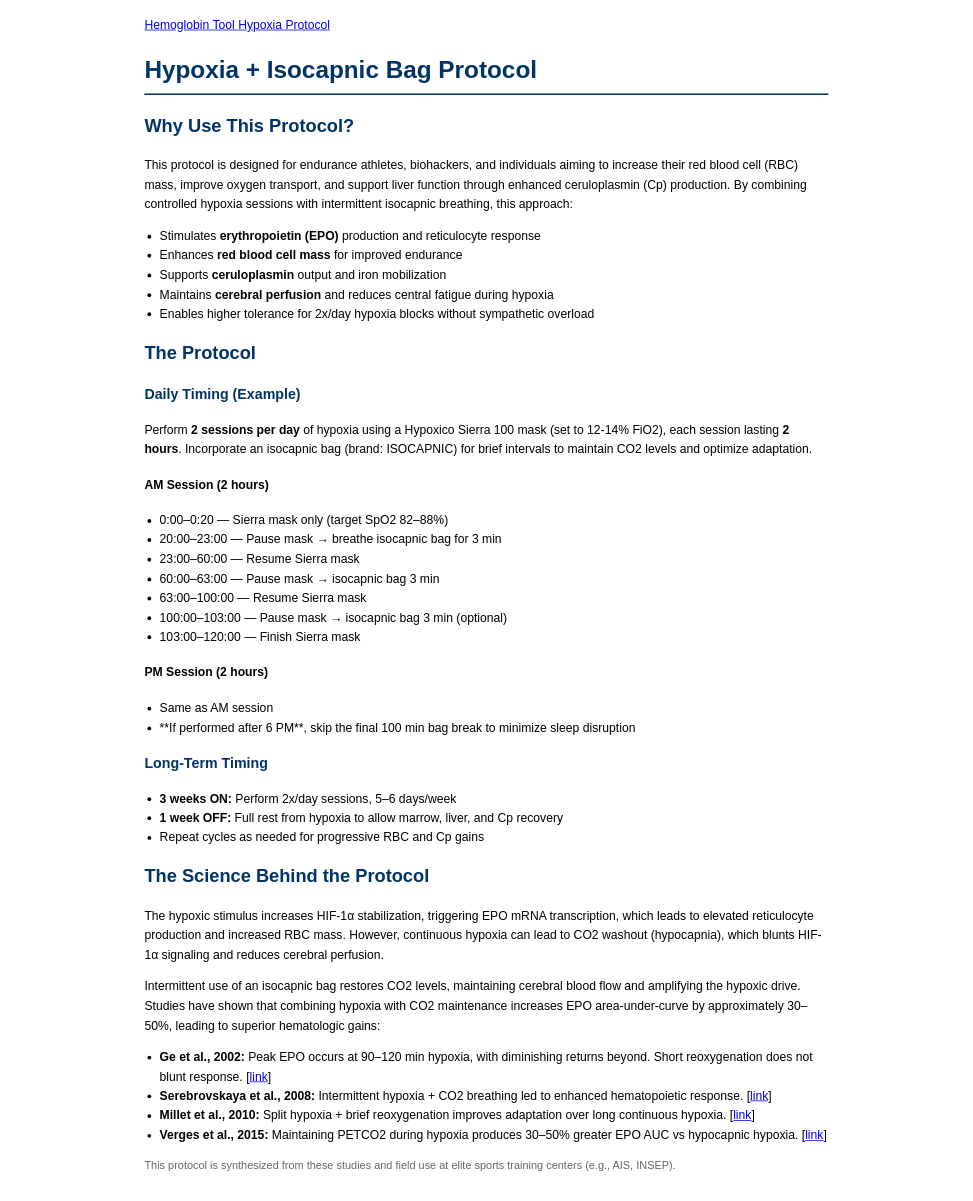
Repository: austenhughes1/hemoglobin_rbc_metrics
Page: hypoxia_protocol.html
The author's editor kept a copy of each file at every save. The page is drawn from the files as they stood at one save, then again after the next save.
The browser window is 1280 px wide. The pictures show the whole page, at 76% of full size.
Some web libraries are served in a nearby version.

Above is the page before, as saved 2025-06-24 16:45:23.

After the next save:
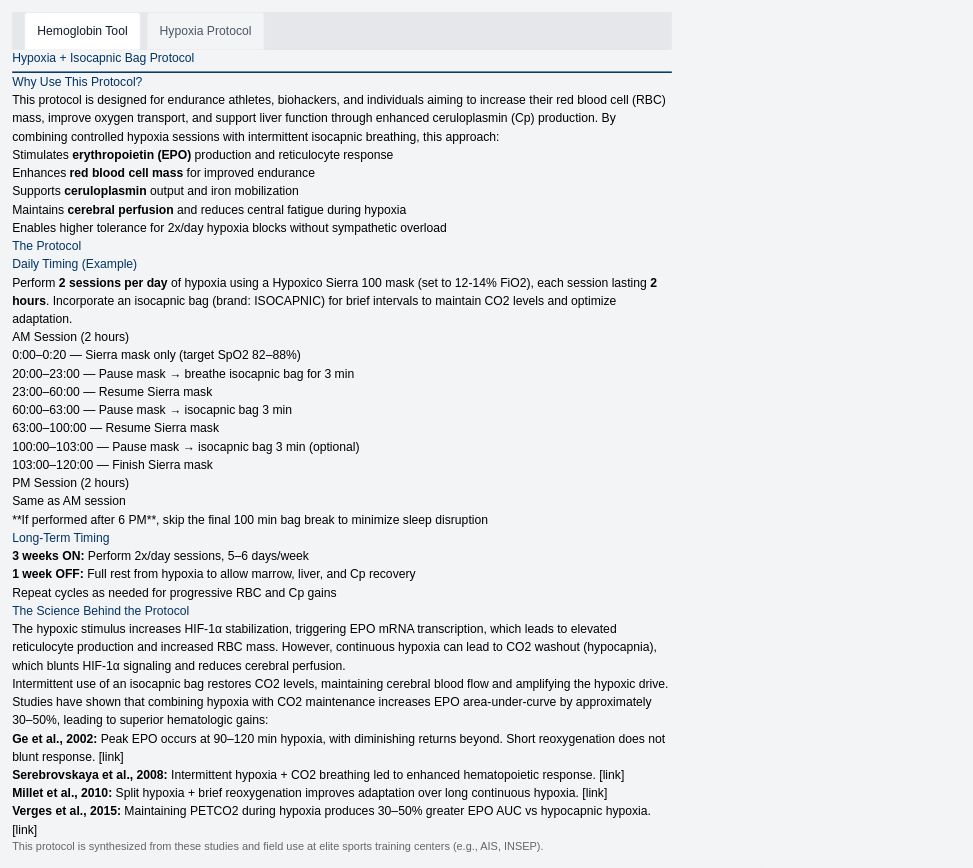
Saved 5 min 30 s later.
--- a/hypoxia_protocol.html
+++ b/hypoxia_protocol.html
@@ -4,6 +4,7 @@
   <meta charset="UTF-8" />
   <meta name="viewport" content="width=device-width, initial-scale=1.0" />
   <title>Hemocalc PRO Hypoxia + Isocapnic Bag Protocol</title>
+  <script src="https://cdn.tailwindcss.com"></script>
   <style>
     body { font-family: Arial, sans-serif; line-height: 1.6; padding: 20px; max-width: 900px; margin: auto; }
     h1, h2, h3 { color: #003366; }
